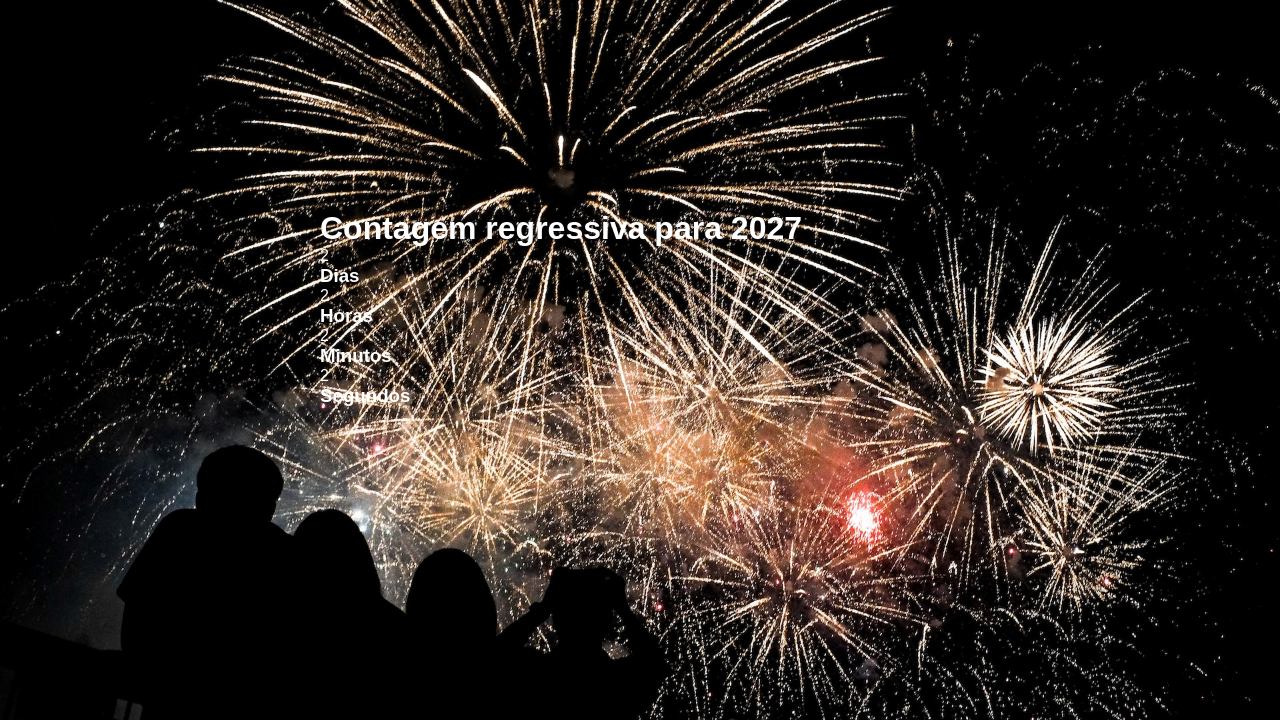
Repository: Bitroia/countdown_timer
Page: / (app in countdown/)
These files come from the project's save history. The page is drawn as it stood at one moment and after a run of saves; the edit follows.
The browser window is 1280 px wide. The pictures show the whole page.
The project was rebuilt for these pictures with package versions that can differ from the ones it lists, and the page was loaded fresh each time. Also part of the build but not shown: countdown/vite.config.js.

Above is the page before, as saved 2026-07-07 19:07:34.

### countdown/index.html
<!doctype html>
<html lang="en">
  <head>
    <meta charset="UTF-8" />
    <link rel="icon" type="image/svg+xml" href="/favicon.svg" />
    <meta name="viewport" content="width=device-width, initial-scale=1.0" />
    <title>countdown</title>
  </head>
  <body>
    <div id="root"></div>
    <script type="module" src="/src/main.jsx"></script>
  </body>
</html>

### countdown/src/index.css
* {
  margin: 0;
  padding: 0;
  font-family: Arial, Helvetica, sans-serif;

}

body {
  min-height: 100vh;
}

### countdown/src/App.jsx
import "./App.css";
import Title from "./components/Title";
import Counter from "./components/Counter";
import NewYear from "./assets/newyear.jpg";

function App() {
  return (

    <div className="app" style={{ backgroundImage: `url(${NewYear})` }}>
      <div className="container">
        <Title title="Contagem regressiva para 2027" />
        <div className="countdown-container">
          <Counter title="Dias" number={2} />
          <Counter title="Horas" number={2} />
          <Counter title="Minutos" number={2} />
          <Counter title="Segundos" number={2} />
        </div>
      </div>
    </div>
  );
}

export default App;

### countdown/src/App.css
.app {
  min-height: 100vh;
  background-size: cover;
  background-position: center;
  display: flex;
  justify-content: center;
  align-items: center;
}

.container {
  min-width: 50%;
  min-height: 300px;
  background-color: rgba(255, 255, 255, 0, 0.8);
  color: #fff;
  padding: 2rem;
  border-radius: 1rem;
}

### countdown/src/components/Title.jsx
import React from 'react'

const Title = ({title}) => {
  return (
    <h1>{title}</h1>
  )
}

export default Title

### countdown/src/components/Counter.jsx
import React from "react";

const Counter = ({ title, number }) => {
  return (
    <div className="counter">
      <p className="counter-number">{number}</p>
      <h3 className="counter-text">{title}</h3>
    </div>
  );
};

export default Counter;

Loaded but not shown: countdown/src/main.jsx (common file)

After the next 2 saves:
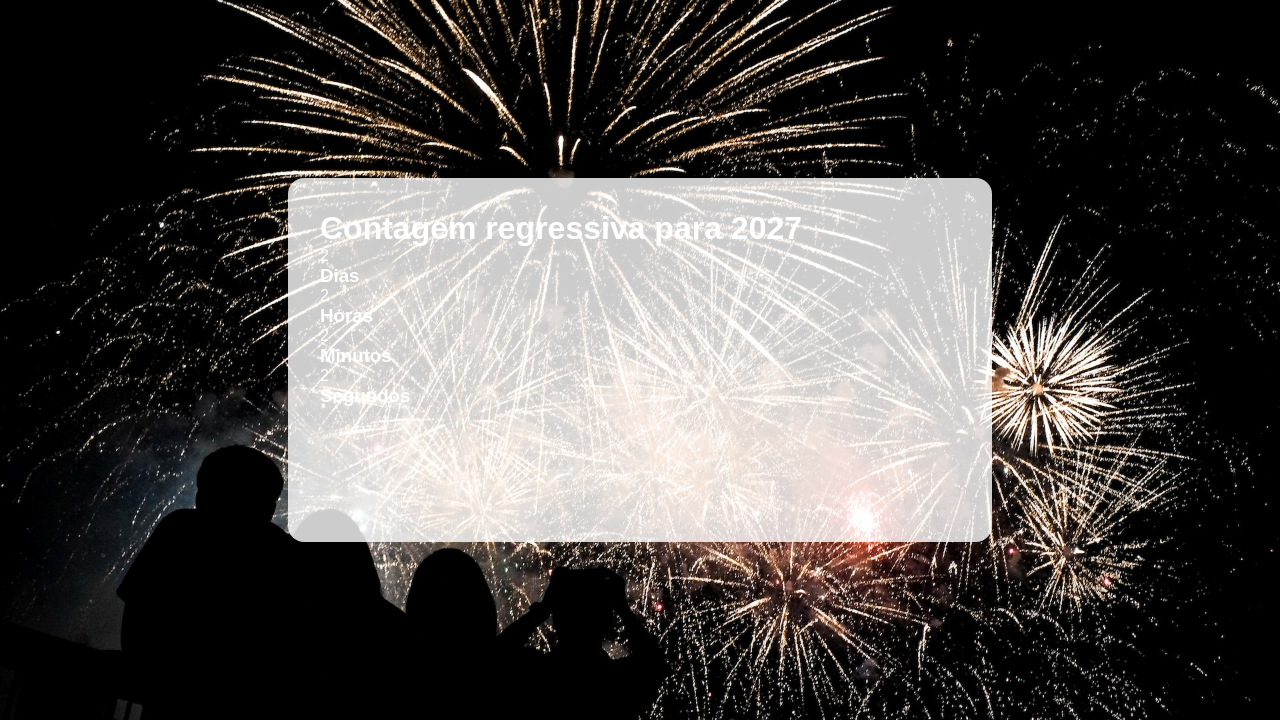
The 2 saves are shown as one change because they came seconds apart.
The last was saved 8 s later.
--- a/countdown/src/App.css
+++ b/countdown/src/App.css
@@ -10,7 +10,7 @@
 .container {
   min-width: 50%;
   min-height: 300px;
-  background-color: rgba(255, 255, 255, 0, 0.8);
+  background-color: rgba(255, 255, 255, 0.8);
   color: #fff;
   padding: 2rem;
   border-radius: 1rem;
